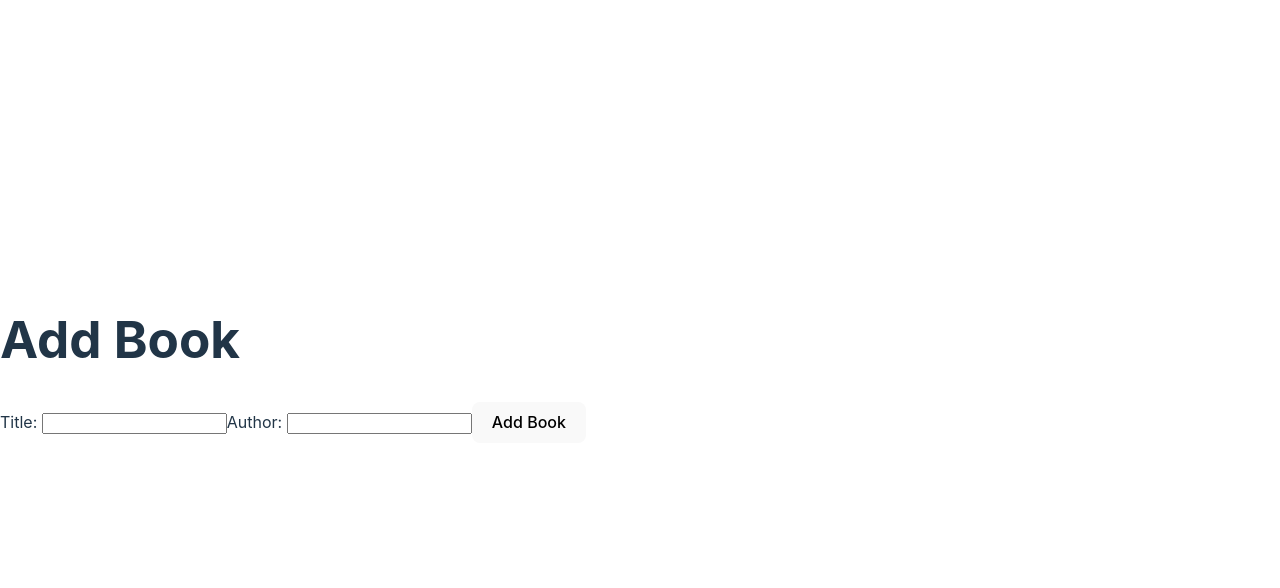
Repository: KanmegneTabouguie/librarymanagement
Page: /add (app in frontend/library-frontend/)
The author's editor kept a copy of each file at every save. The page is drawn from the files as they stood at one save, then again after the next save.
The browser window is 1280 px wide. The pictures show the whole page.
The project was rebuilt for these pictures with package versions that can differ from the ones it lists, and the page was loaded fresh each time. Also part of the build but not shown: frontend/library-frontend/vite.config.js, frontend/library-frontend/src/components/UpdateBook.jsx, frontend/library-frontend/src/components/DeleteBook.jsx, frontend/library-frontend/src/components/PublishBook.jsx, frontend/library-frontend/src/components/ReturnBook.jsx.

Above is the page before, as saved 2024-02-23 03:39:59.

After the next save:
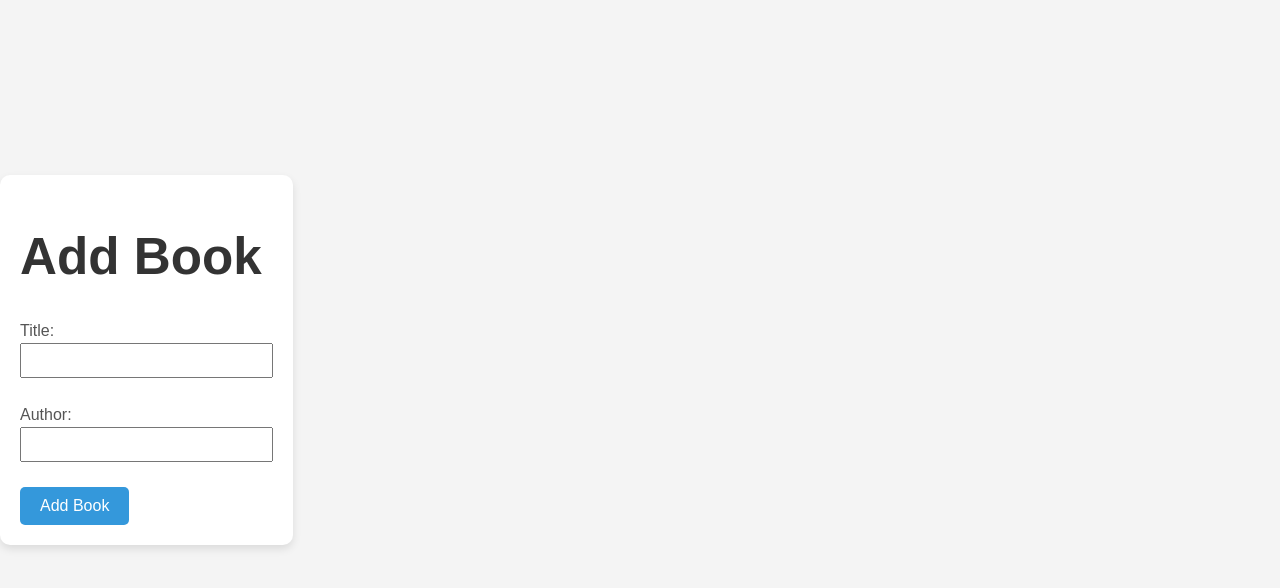
Saved 12 s later.
--- a/frontend/library-frontend/src/components/AddBook.css
+++ b/frontend/library-frontend/src/components/AddBook.css
@@ -1,5 +1,54 @@
 /* AddBook.css */
-.modal-overlay {
+
+body {
+    margin: 0;
+    padding: 0;
+    font-family: 'Arial', sans-serif;
+    background-color: #f4f4f4;
+  }
+
+  .page-container {
+    max-width: 600px;
+    margin: 50px auto;
+    padding: 20px;
+    background-color: #fff;
+    border-radius: 10px;
+    box-shadow: 0 4px 8px rgba(0, 0, 0, 0.1);
+  }
+
+  h1 {
+    color: #333;
+  }
+
+  label {
+    display: block;
+    margin-bottom: 10px;
+    color: #555;
+  }
+
+  input {
+    width: 100%;
+    padding: 8px;
+    margin-bottom: 15px;
+    box-sizing: border-box;
+  }
+
+  .add-book-button {
+    padding: 10px 20px;
+    background-color: #3498db;
+    color: #fff;
+    border: none;
+    border-radius: 5px;
+    cursor: pointer;
+    font-size: 16px;
+    transition: background-color 0.3s ease-in-out;
+  }
+
+  .add-book-button:hover {
+    background-color: #2980b9;
+  }
+
+  .modal-overlay {
     position: fixed;
     top: 0;
     left: 0;
@@ -12,22 +61,31 @@
   }
 
   .modal {
-    background: #fff;
+    background: linear-gradient(135deg, #3498db, #8e44ad);
     padding: 20px;
-    border-radius: 5px;
+    border-radius: 10px;
     text-align: center;
+    box-shadow: 0 4px 8px rgba(0, 0, 0, 0.2);
+    color: #fff;
+  }
+
+  .modal p {
+    font-size: 18px;
+    margin-bottom: 20px;
   }
 
   .modal button {
     margin-top: 10px;
-    padding: 8px 16px;
-    background-color: #007bff;
+    padding: 10px 20px;
+    background-color: #2ecc71;
     color: #fff;
     border: none;
-    border-radius: 4px;
+    border-radius: 5px;
     cursor: pointer;
+    font-size: 16px;
+    transition: background-color 0.3s ease-in-out;
   }
 
   .modal button:hover {
-    background-color: #0056b3;
+    background-color: #27ae60;
   }
